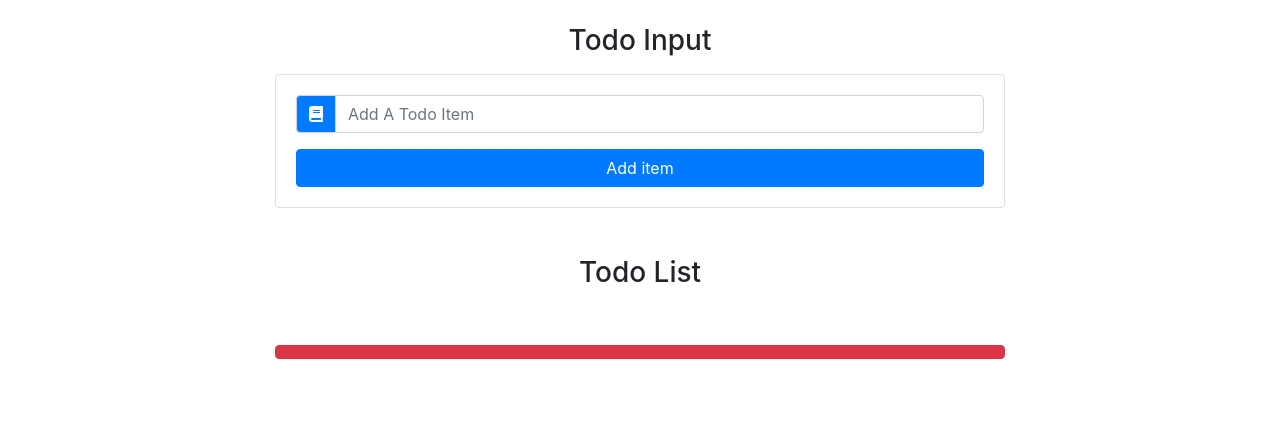
Repository: TomoyaKuroda/React-Simple-Todo-App
Page: /
An editor plug-in stored every save of this project. The page is shown before and after the next save, followed by the edit.
The browser window is 1280 px wide. The pictures show the whole page.
Some web libraries are served in a nearby version. The project was rebuilt for these pictures with package versions that can differ from the ones it lists, and the page was loaded fresh each time. Also part of the build but not shown: src/components/TodoItem.js.

Above is the page before, as saved 2018-12-06 22:10:40.

After the next save:
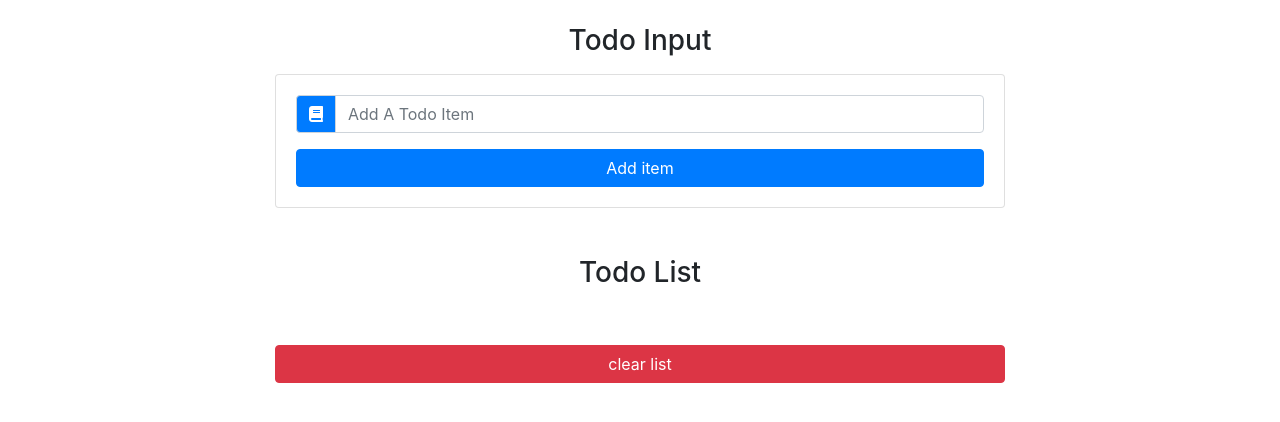
Saved 22 s later.
--- a/src/components/TodoList.js
+++ b/src/components/TodoList.js
@@ -9,6 +9,7 @@ export default class TodoList extends Component {
 todo list
 </h3>
 <button type="button" className="btn btn-danger btn-block text-apitalize mt-5">
+clear list
 </button>
 </ul>
     )
